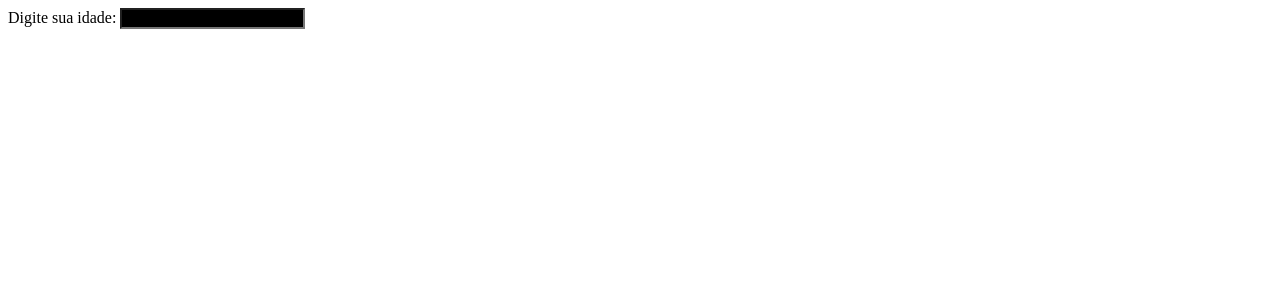
Repository: luiz123098/Sobre-mim-em-HTM-CSS
Page: estudosHtmlCss.html
The author's editor kept a copy of each file at every save. The page is drawn from the files as they stood at one save, then again after the next save.
The browser window is 1280 px wide. The pictures show the whole page.

Above is the page before, as saved 2023-03-03 14:10:50.

### estudosHtmlCss.html
<!DOCTYPE html>
<html lang="en">
<head>
    <meta charset="UTF-8">
    <meta http-equiv="X-UA-Compatible" content="IE=edge">
    <meta name="viewport" content="width=device-width, initial-scale=1.0">
    <title>Document</title>
    <style>
        .buttom{
            margin: 0;
            background-color: black;
            color: chartreuse;
            justify-content: center;
        }
    </style>
</head>
<body>
    <rich:column style="text-align: center;">
        <label>Digite sua idade:</label>
        <input class="buttom" id="botaoCssEditado">

    </rich:column>
</body>
</html>

After the next save:
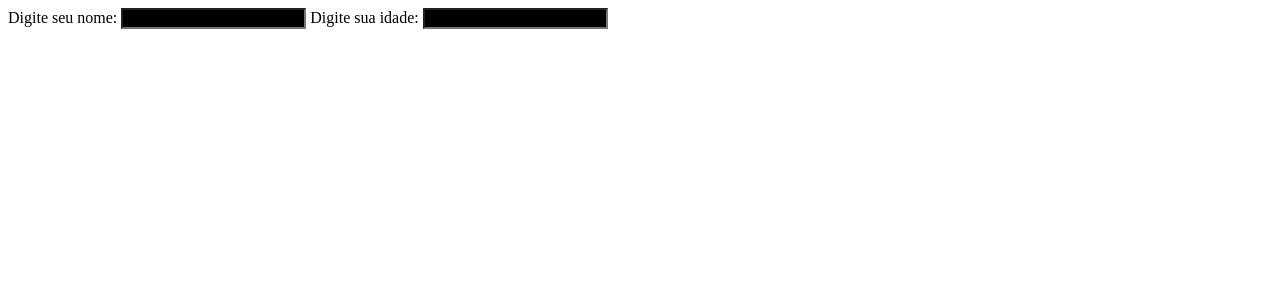
Saved 57 s later.
--- a/estudosHtmlCss.html
+++ b/estudosHtmlCss.html
@@ -16,8 +16,11 @@
 </head>
 <body>
     <rich:column style="text-align: center;">
+        <label>Digite seu nome:</label>
+        <input class="buttom" id="botaoCssEditado">
+
         <label>Digite sua idade:</label>
-        <input class="buttom" id="botaoCssEditado">
+        <input class="buttom" id="botaoCssEditado2">
 
     </rich:column>
 </body>
